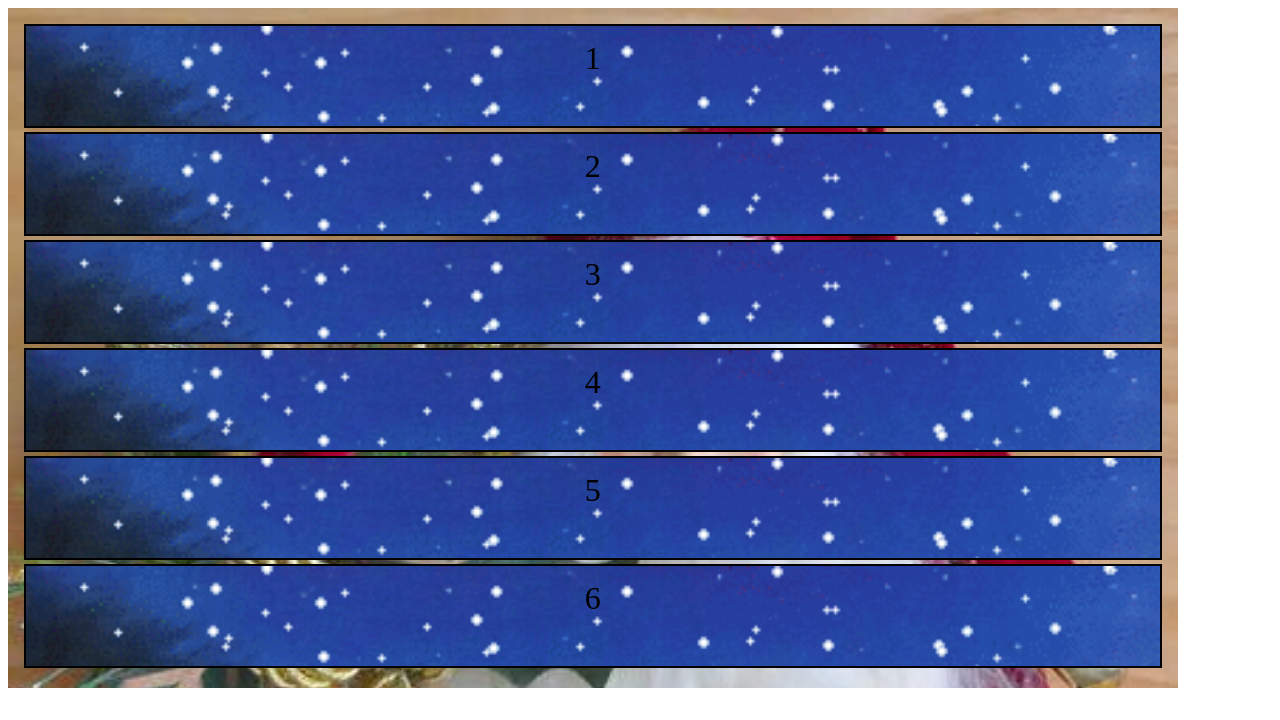
Repository: hindrik40/julprogram-js
Page: advent.html
An editor plug-in stored every save of this project. The page is shown before and after the next save, followed by the edit.
The browser window is 1280 px wide. The pictures show the whole page.

Above is the page before, as saved 2021-12-14 10:21:55.

After the next save:
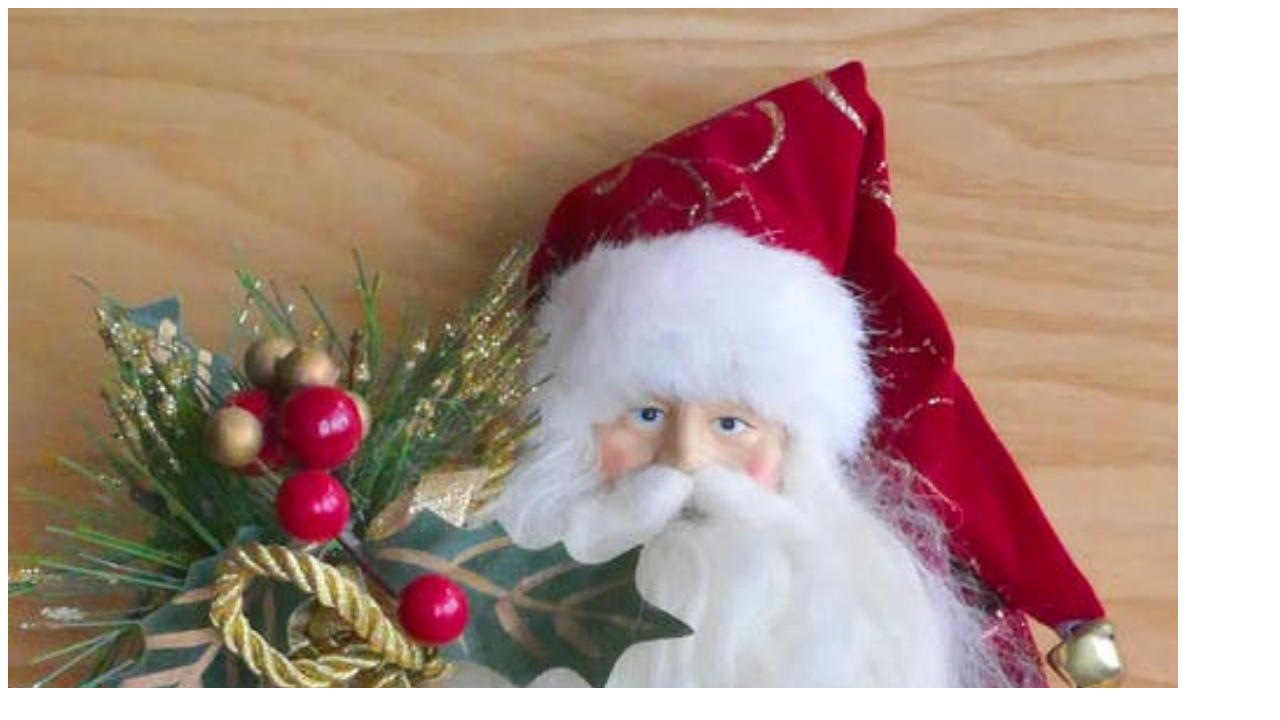
Console error: SyntaxError: missing ) after argument list
Saved 3 min 53 s later.
--- a/advent.js
+++ b/advent.js
@@ -18,5 +18,19 @@
     adventCalender.appendChild(div);
 
     counter++;
+    //!Hantera händelser
+    adventCalender.onclick=function(event){
+    }
+
+    adventCalender.addEventListener("click", (event) => {
+        //!Kolla om det är en div
+        if (event.target.tagName === "DIV") {
+            //!Hämta bilden
+            let image = event.target.getAttribute("data-image");
+            //!Ändra bilden
+            adventCalender.style.backgroundImage = "url(" + image + ")";
+        }
+    }
+
 
 });

After the 4 saves that followed:
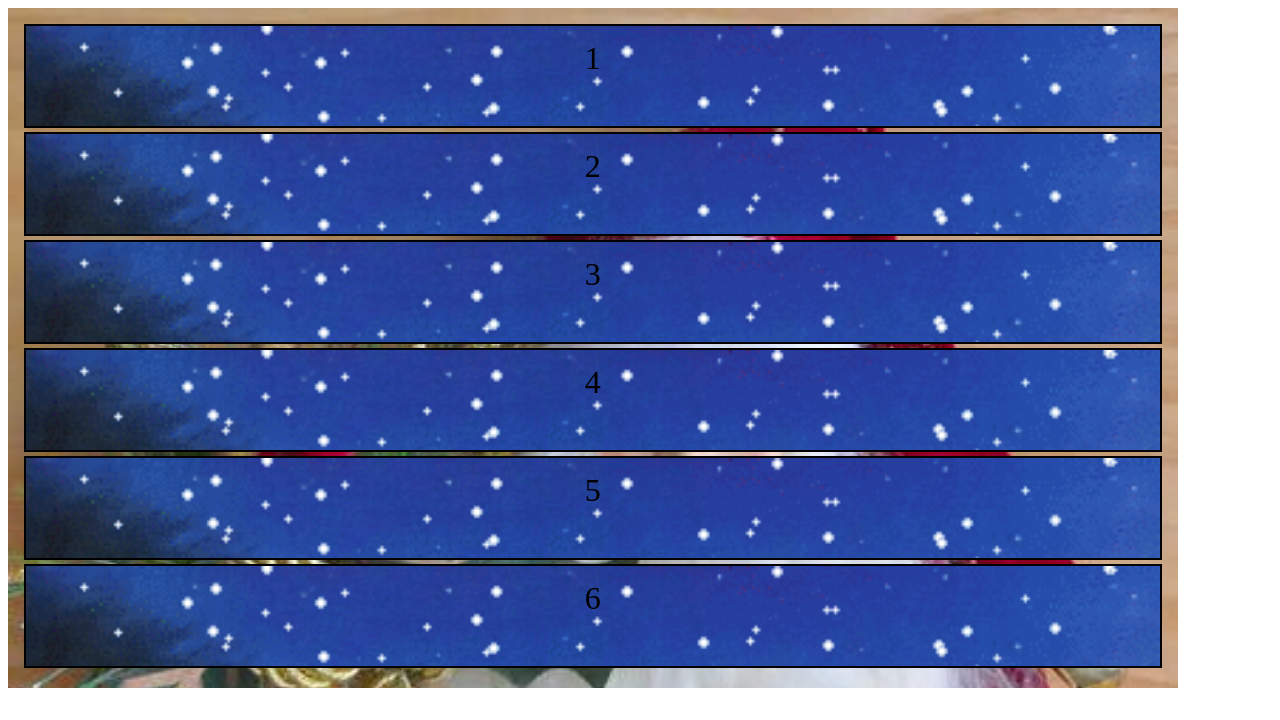
The error is gone.
The 4 saves are shown as one change because 3 left the picture as it was.
The last was saved 6 min 35 s later.
--- a/advent.js
+++ b/advent.js
@@ -18,19 +18,12 @@
     adventCalender.appendChild(div);
 
     counter++;
+});
     //!Hantera händelser
     adventCalender.onclick=function(event){
+        console.log(event.target);
+        //!vilken bild ska visas
+        let image = event.target.getAttribute
+        ("data-image");
+        console.log("image", image);
     }
-
-    adventCalender.addEventListener("click", (event) => {
-        //!Kolla om det är en div
-        if (event.target.tagName === "DIV") {
-            //!Hämta bilden
-            let image = event.target.getAttribute("data-image");
-            //!Ändra bilden
-            adventCalender.style.backgroundImage = "url(" + image + ")";
-        }
-    }
-
-
-});
